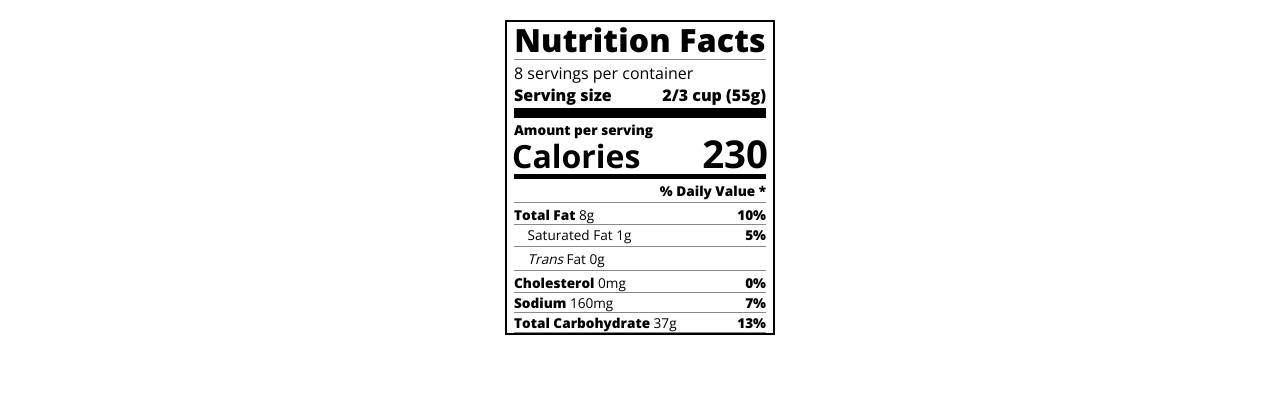
Repository: cipdanila/freeCodeCamp
Page: NutritionLabel/index.html
The author's editor kept a copy of each file at every save. The page is drawn from the files as they stood at one save, then again after the next save.
The browser window is 1280 px wide. The pictures show the whole page.

Above is the page before, as saved 2023-10-09 20:34:45.

### NutritionLabel/index.html
<!DOCTYPE html>
<html lang="en">
<head>
    <meta charset="UTF-8">
    <meta name="viewport" content="width=device-width, initial-scale=1.0">
    <title>Nutrition Label</title>
    <link rel="stylesheet" href="https://fonts.googleapis.com/css?family=Open+Sans:400,700,800">
    <link rel="stylesheet" href="styles.css">
</head>
<body>
    <div class="label">
        <header>
            <h1 class="bold">Nutrition Facts</h1>
            <div class="divider"></div>
            <p>8 servings per container</p>
            <p class="bold">Serving size <span>2/3 cup (55g)</span></p>
        </header>
        <div class="divider large"></div>
        <div class="calories-info">
            <div class="left-container">
                <h2 class="bold small-text">Amount per serving</h2>
                <p>Calories</p>
            </div>
            <span>230</span>
        </div>
        <div class="divider medium"></div>
        <div class="daily-value small-text">
            <p class="bold right no-divider">% Daily Value *</p>
            <div class="divider"></div>
            <p><span><span class="bold">Total Fat</span> 8g</span> <span class="bold">10%</span></p>
            <p class="indent no-divider">Saturated Fat 1g <span class="bold">5%</span></p>
            <div class="divider"></div>
            <p class="indent no-divider"><span><i>Trans</i> Fat 0g</span></p>
            <div class="divider"></div>
            <p><span><span class="bold">Cholesterol</span> 0mg</span> <span class="bold">0%</span></p>
            <p><span><span class="bold">Sodium</span> 160mg</span> <span class="bold">7%</span></p>
            <p><span><span class="bold">Total Carbohydrate</span> 37g</span> <span class="bold">13%</span></p>
        </div>
    </div>
</body>
</html>

### NutritionLabel/styles.css
* {
    box-sizing: border-box;
}

html {
    font-size: 16px;
}

body {
    font-family: "Open Sans", sans-serif;
}

.label {
    border: 2px solid black;
    width: 270px;
    margin: 20px auto;
    padding: 0 7px;
}

.bold {
    font-weight: 800;
}

header h1 {
    text-align: center;
    margin: -4px 0;
    letter-spacing: 0.15px;
}

p {
    margin: 0;
    display: flex;
    justify-content: space-between;
}

.divider {
    border-bottom: 1px solid #888989;
    margin: 2px 0;
}

.large {
    height: 10px;
}

.large, .medium {
    background-color: black;
    border: 0;
}

.small-text {
    font-size: 0.85rem;
}

.calories-info h2 {
    margin: 0;
}

.calories-info {
    display: flex;
    justify-content: space-between;
    align-items: flex-end;
}

.left-container p {
    margin: -5px -2px;
    font-size: 2em;
    font-weight: 700;
}

.calories-info span {
    font-size: 2.4em;
    font-weight: 700;
    margin: -7px -2px;
}

.medium {
    height: 5px;
}

.right {
    justify-content: flex-end;
}

.indent {
    margin-left: 1em;
}

.daily-value p:not(.no-divider) {
    border-bottom: 1px solid #888989;
}

After the next save:
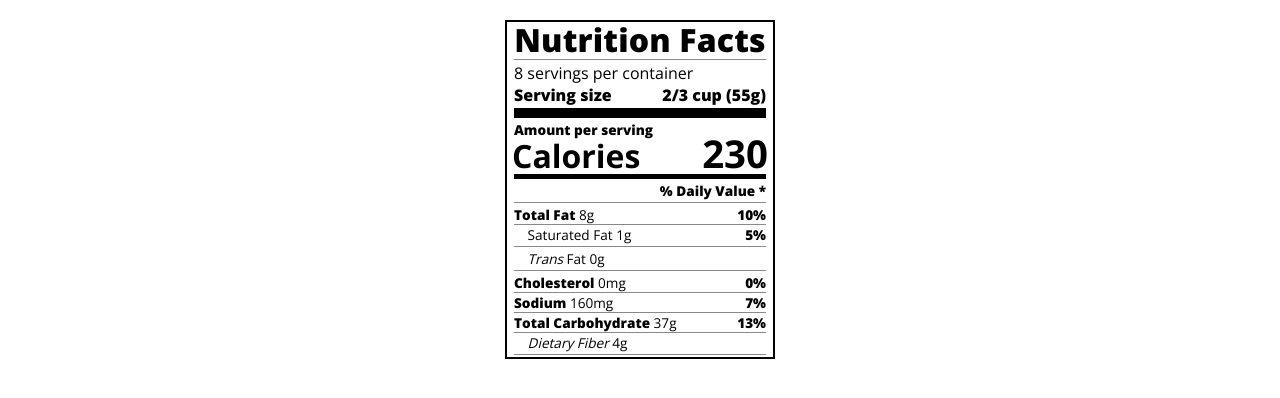
Saved 2 min 58 s later.
--- a/NutritionLabel/index.html
+++ b/NutritionLabel/index.html
@@ -35,6 +35,8 @@
             <p><span><span class="bold">Cholesterol</span> 0mg</span> <span class="bold">0%</span></p>
             <p><span><span class="bold">Sodium</span> 160mg</span> <span class="bold">7%</span></p>
             <p><span><span class="bold">Total Carbohydrate</span> 37g</span> <span class="bold">13%</span></p>
+            <p class="indent no-divider"><span><i>Dietary Fiber</i> 4g</span></p>
+            <div class="divider"></div>
         </div>
     </div>
 </body>
